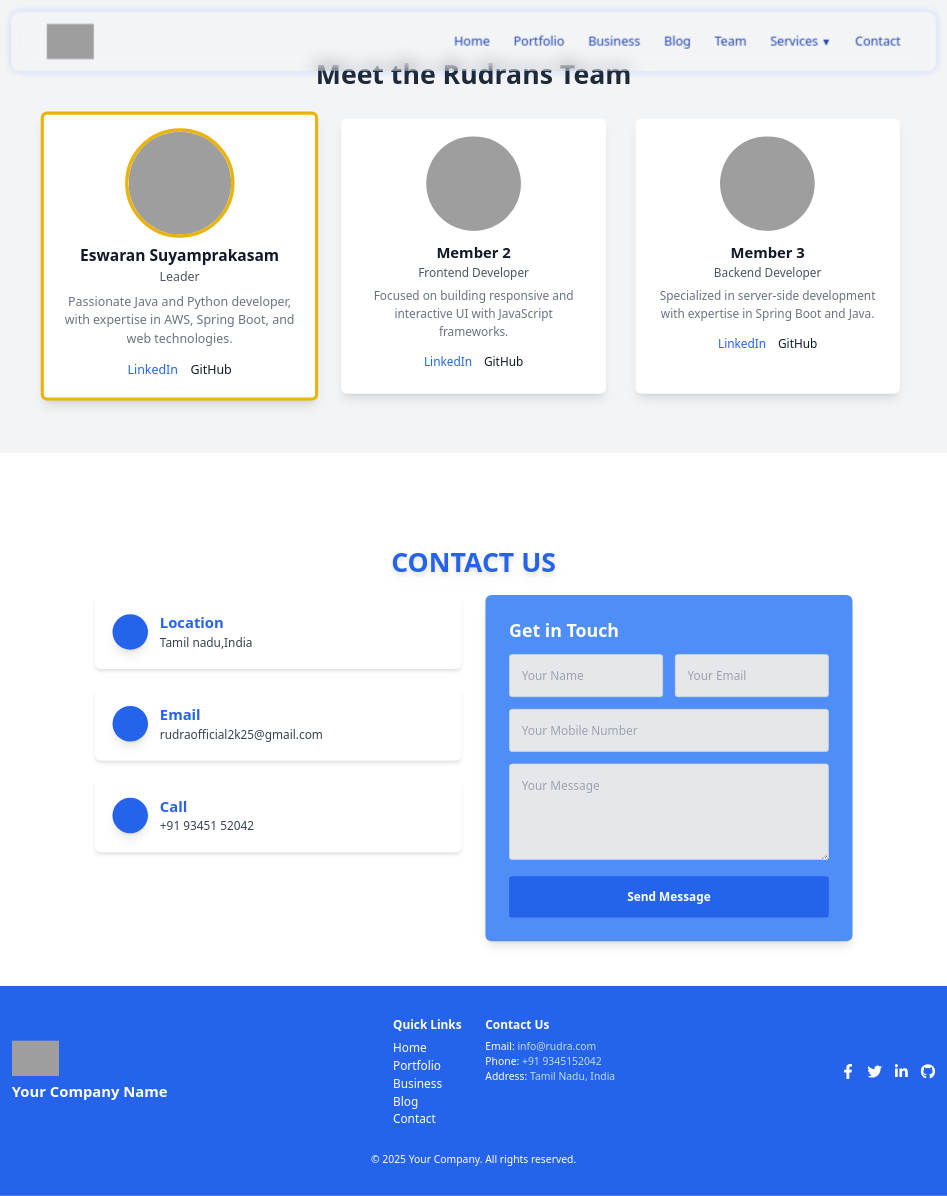
Repository: Rudra-Eswaran/Rudra_Official
Page: /
An editor plug-in stored every save of this project. The page is shown before and after the next save, followed by the edit.
The browser window is 1280 px wide. The pictures show the whole page, at 74% of full size.
Pictures or frames that could not be fetched are drawn as grey boxes. Some web libraries are served in a nearby version. The project was rebuilt for these pictures with package versions that can differ from the ones it lists, and the page was loaded fresh each time. Also part of the build but not shown: vite.config.js.

Above is the page before, as saved 2025-04-16 16:29:50.

After the next save:
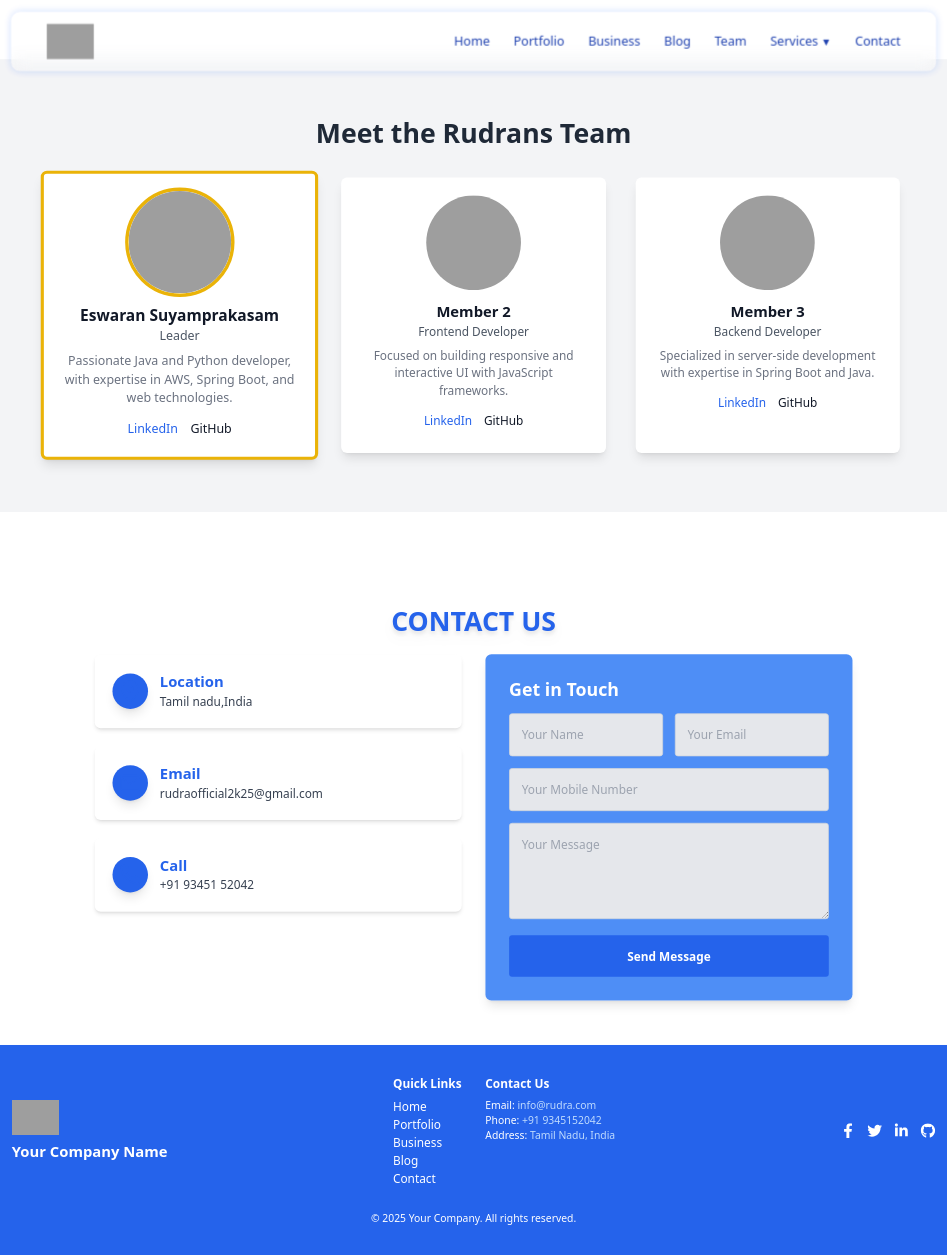
Saved 31 s later.
--- a/src/App.jsx
+++ b/src/App.jsx
@@ -7,9 +7,15 @@ export default function App() {
   return (
     <>
       <Navbar />
-      <Rudrans/>
-      <Contact/>
-      <Footer/>
+
+      {/* Add a top margin to push content below the navbar */}
+      <div className="mt-[80px]"> {/* Adjust this value based on your navbar height */}
+        <Rudrans />
+        <Contact />
+      </div>
+
+      {/* Footer will be at the bottom */}
+      <Footer />
     </>
   );
 }
